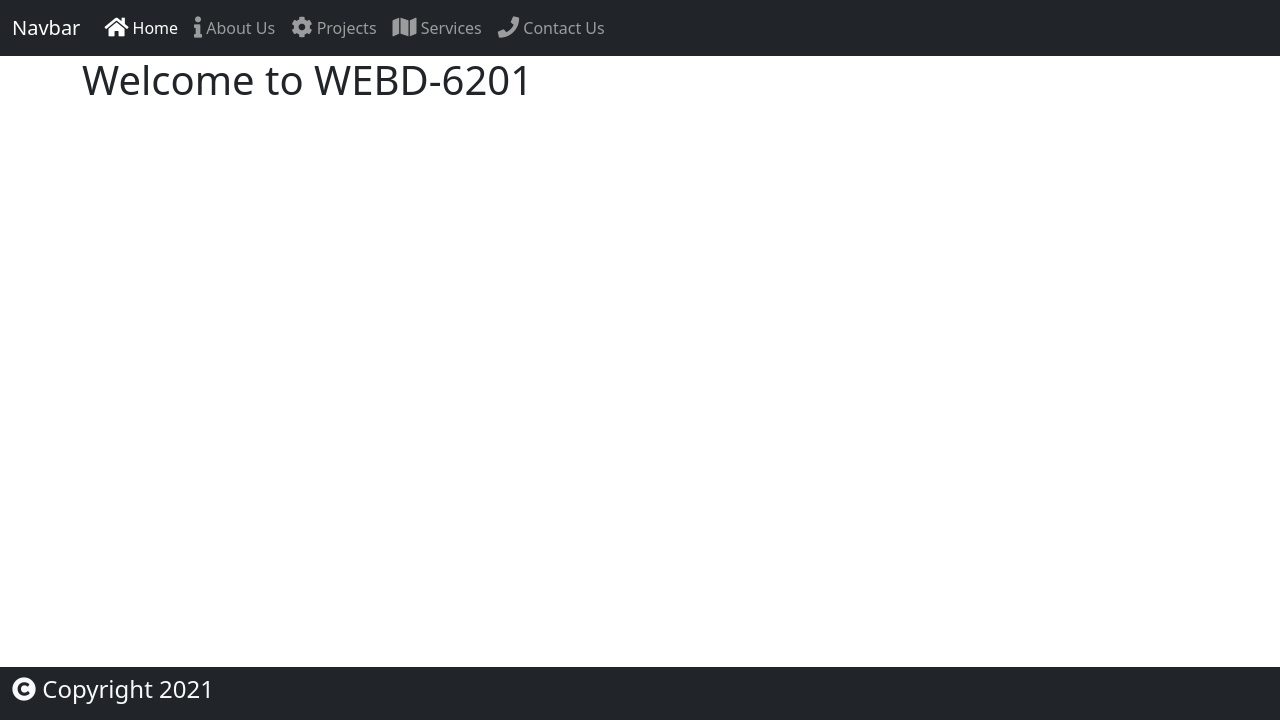
Repository: CKM206/WEBD6201-W2021---ICE1
Page: index.html
The author's editor kept a copy of each file at every save. The page is drawn from the files as they stood at one save, then again after the next save.
The browser window is 1280 px wide. The pictures show the whole page.

Above is the page before, as saved 2021-01-21 09:03:13.

### index.html
<!DOCTYPE html>
<html lang="en">
<head>
    <meta charset="UTF-8">
    <meta name="viewport" content="width=device-width, initial-scale=1.0">
    <title>Home</title>
    <!-- CSS Section -->
    <!-- Inject Bootstrap first, always-->
    <link rel="stylesheet"
    href="./node_modules/bootstrap/dist/css/bootstrap.min.css">
    <!-- Now inject Icon Fonts using Font Awesome-->
    <link rel="stylesheet"
    href="./node_modules/@fortawesome/fontawesome-free/css/all.min.css">
    <!-- Now inject our custom css-->
    <link rel="stylesheet" href="./Content/app.css">
</head>
<body>
    <!-- Main Header -->
    <header>
      <!-- Main Navigation -->
        <nav class="navbar navbar-expand-lg navbar-dark bg-dark">
            <div class="container-fluid">
              <a class="navbar-brand" href="index.html">Navbar</a>
              <button class="navbar-toggler" type="button" data-bs-toggle="collapse" data-bs-target="#navbarSupportedContent" aria-controls="navbarSupportedContent" aria-expanded="false" aria-label="Toggle navigation">
                <span class="navbar-toggler-icon"></span>
              </button>
              <div class="collapse navbar-collapse" id="navbarSupportedContent">
                <ul class="navbar-nav me-auto mb-2 mb-lg-0">
                  <li class="nav-item">
                    <a class="nav-link active" aria-current="page" href="index.html"><i class="fas fa-home fa-lg"></i> Home</a>
                  </li>
                  <li class="nav-item">
                    <a class="nav-link" aria-current="page" href="about.html"><i class="fas fa-info fa-lg"></i> About Us</a>
                  </li>
                  <li class="nav-item">
                    <a class="nav-link" aria-current="page" href="projects.html"><i class="fas fa-cog fa-lg"></i> Projects</a>
                  </li>
                  <li class="nav-item">
                    <a class="nav-link" aria-current="page" href="services.html"><i class="fas fa-map fa-lg"></i> Services</a>
                  </li>
                  <li class="nav-item">
                    <a class="nav-link" aria-current="page" href="contact.html"><i class="fas fa-phone fa-lg"></i> Contact Us</a>
                  </li>
                </ul>
              </div>
            </div>
          </nav>
    </header>
    <!-- Main Content -->
    <main class="container">
        <h1>Welcome to WEBD-6201</h1>
        <p id="paragraphOne"></p>
    </main>

    <!-- Footer Section -->
    <footer>
        <nav class="navbar fixed-bottom navbar-dark bg-dark">
            <div class="container-fluid">
              <h4 class="text-light"><i class="fas fa-copyright text-light"></i> Copyright 2021</h4>
            </div>
          </nav>
    </footer>

    <!--Script Section-->
    <script src="./node_modules/jquery/dist/jquery.min.js"></script>
    <script src="./node_modules/bootstrap/dist/js/bootstrap.bundle.min.js"></script>
    <script src="./Scripts/app.js"></script>
</body>
</html>

### Content/app.css
/* Custom CSS Here */

### Scripts/app.js
/* Custom Javascript Here */
"use strict"; // Indicate that the code should be executed in "strict mode".

// IIFE - Immediately Invoked Function Expression (Anonymous Self-Executing Function)
//-Acts as a Closure, Limits Scope Leak
(function () {
  function displayHome()
  {
    // This shows different ways of accessing an element; @see index.html <p> on line 51
    //-Each has its own use and solves different problems
    let paragraphOneText = "This is a simple site to demonstrate DOM Manipulation for ICE 1.";
    let paragraphOneElement = document.getElementById("paragraphOne");

    // let aParagraph = document.getElementsByTagName("p")[0];
    // let allParagraphs = document.getElementsByTagName("p");
    // let paragraphOneQuery = document.querySelector("p");
    // let paragraphOneQuerys = document.querySelectorAll("p");

    // Print each variable to the console, see how each one "points" to the same <p> element
    // console.log(paragraphOneElement);
    // console.log(aParagraph);
    // console.log(allParagraphs[0]);
    // console.log(paragraphOneQuery);
    // console.log(paragraphOneQuerys);

    // Assigning values to the textContent of the element we have a reference to
    paragraphOneElement.textContent = paragraphOneText;

    /* We can change the style as well..
      For the most part its best to use css sheets, but this can be useful when attempting
      dynamic effects on the webpage
    */
    //paragraphOneElement.style = "color: blue;";

    /* We can change the class of an element as well...
    * This is probably a better way of assigning css to elements (As compared to above)
    */
    //paragraphOneElement.className = "fs-4 fw-bold";


    // Injecting a new element
    let newParagraph = document.createElement("p");             // Create the Element
    newParagraph.setAttribute("id","paragraphTwo");             // Configure the Element
    newParagraph.textContent = "...And this is Paragraph two"   //--
    let mainContent = document.getElementsByTagName("main")[0]; // Get a reference to the Main Element
    mainContent.appendChild(newParagraph);                      // Append the new Element as a child of main

    // We can still make alterations to this element
    newParagraph.className = "fs-4 fw-bold";

    // Another way of injecting a new Element through Javascript
    let paragraphThree = '<p class ="fs-6">And this is the Third Paragraph</p>';    // Create the Element

    // Notice that this doesnt work, it is assigned as text verbatim, and erases all other content in main
    //mainContent.textContent = paragraphThree;

    let paragraphDiv = document.createElement('div');
    // Converting and Injecting the paragraph, it still erases all other content
    paragraphDiv.innerHTML = paragraphThree;

    // Insertions
    //-Example of insering before a node
    //newparagraph.before(paragraphDiv);

    // Inserting after a node
    newParagraph.after(paragraphDiv);

    // deletions

    //-Removing a single element
    //paragraphOneElement.remove();

    //-Removing a child element
    mainContent.removeChild(paragraphOneElement);

    // Updating & Modification
    //-Targetted Modifcation
    //mainContent.firstElementChild.textContent = "Welcome Home";

    // Bulk modififying mainContent
    //mainContent.innerHTML =
    //'<h1 id="firstHeading">Welcome to WEBD6201 - Lab 1</h1>' +
    //'<p id="paragraphOne" class="fs-3 fw-bold">A new First Paragraph</p>';
  }

  function displayAbout()
  {

  }

  function displayServices()
  {

  }

  function displayProjects()
  {

  }

  function displayContact()
  {

  }






  function Start() {
    console.log("App Started...");

    switch (document.title) {
      case "Home":
        break;
      case "About":
        break;
      case "Projects":
        break;
      case "Services":
        break;
      case "Contact":
        break;
    }

    // Old Java Script



  }

  window.addEventListener("load", Start);
})();

Loaded but not shown: node_modules/bootstrap/dist/css/bootstrap.min.css (library); node_modules/@fortawesome/fontawesome-free/css/all.min.css (library); node_modules/jquery/dist/jquery.min.js (library); node_modules/bootstrap/dist/js/bootstrap.bundle.min.js (library)

After the next save:
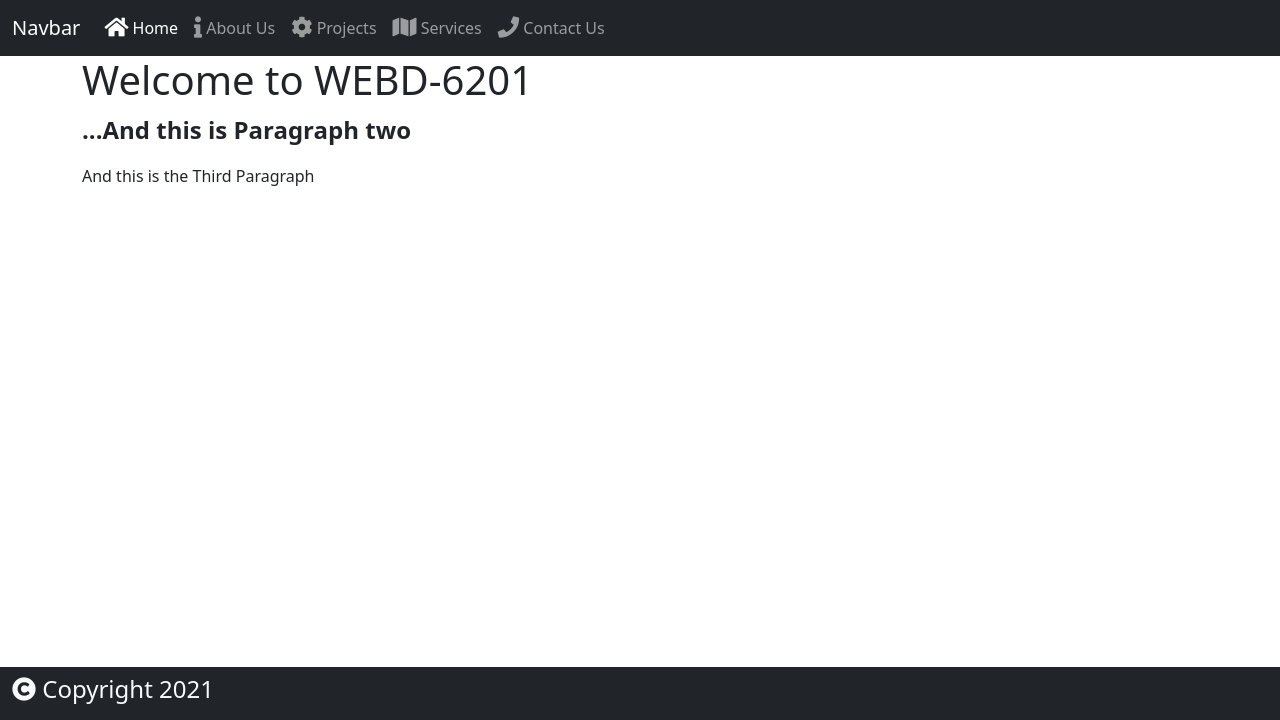
Saved 22 s later.
--- a/Scripts/app.js
+++ b/Scripts/app.js
@@ -103,18 +103,15 @@
 
   }
 
-
-
-
-
-
   function Start() {
     console.log("App Started...");
 
     switch (document.title) {
       case "Home":
+        displayHome();
         break;
       case "About":
+        displayAbout();
         break;
       case "Projects":
         break;
